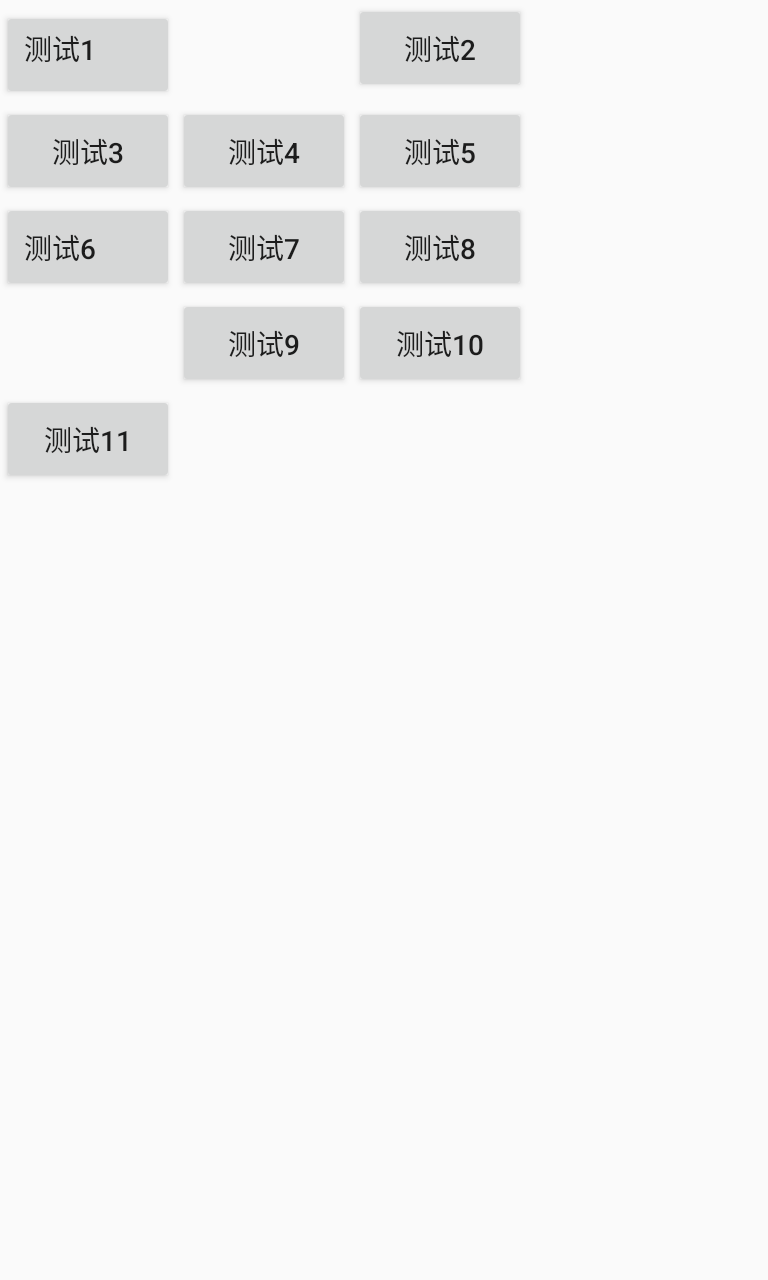
Repository: A207/guanjingjing
Layout: day4/LayoutApp/res/layout/activity_grid_layout.xml
The author's editor kept a copy of each file at every save. The layout is drawn from the files as they stood at one save, then again after the next save.
It is drawn on a 768 x 1280 px phone screen (xhdpi) without system bars, with theme AppTheme; the app's code is not run.

Above is the layout before, as saved 2015-07-09 11:42:24.

### day4/LayoutApp/res/layout/activity_grid_layout.xml
<?xml version="1.0" encoding="UTF-8"?>
<GridLayout xmlns:android="http://schemas.android.com/apk/res/android"
    xmlns:tools="http://schemas.android.com/tools"
    android:layout_width="match_parent"
    android:layout_height="match_parent"
    android:columnCount="3"
    tools:ignore="NewApi" >

    <!-- android:orientation="vertical" android:rowCount="4" -->

    <Button
        android:layout_width="wrap_content"
        android:layout_height="wrap_content"
        android:text="测试1"
		android:layout_columnSpan="2"
        android:gravity="fill_horizontal" ><!-- 横跨两列填满-->
    </Button>

    <Button
        android:layout_width="wrap_content"
        android:layout_height="wrap_content"
        android:text="测试2" >
    </Button>

    <Button
        android:layout_width="wrap_content"
        android:layout_height="wrap_content"
        android:text="测试3" >
    </Button>

    <Button
        android:layout_width="wrap_content"
        android:layout_height="wrap_content"
        android:text="测试4" >
    </Button>

    <Button
        android:layout_width="wrap_content"
        android:layout_height="wrap_content"
        android:text="测试5" >
    </Button>

    <Button
        android:layout_width="wrap_content"
        android:layout_height="wrap_content"
        android:text="测试6"
        android:layout_rowSpan="2"
        android:gravity="fill_vertical" >
    </Button>

    <Button
        android:layout_width="wrap_content"
        android:layout_height="wrap_content"
        android:text="测试7" >
    </Button>

    <Button
        android:layout_width="wrap_content"
        android:layout_height="wrap_content"
        android:text="测试8" >
    </Button>

    <Button
        android:layout_width="wrap_content"
        android:layout_height="wrap_content"
        android:text="测试9" >
    </Button>

    <Button
        android:layout_width="wrap_content"
        android:layout_height="wrap_content"
        android:text="测试10" >
    </Button>

    <Button
        android:layout_width="wrap_content"
        android:layout_height="wrap_content"
        android:text="测试11" >
    </Button>

</GridLayout>

Loaded but not shown: day4/LayoutApp/res/values/styles.xml (common file); day4/LayoutApp/res/values-v11/styles.xml (common file); day4/LayoutApp/res/values-v14/styles.xml (common file)

After the next save:
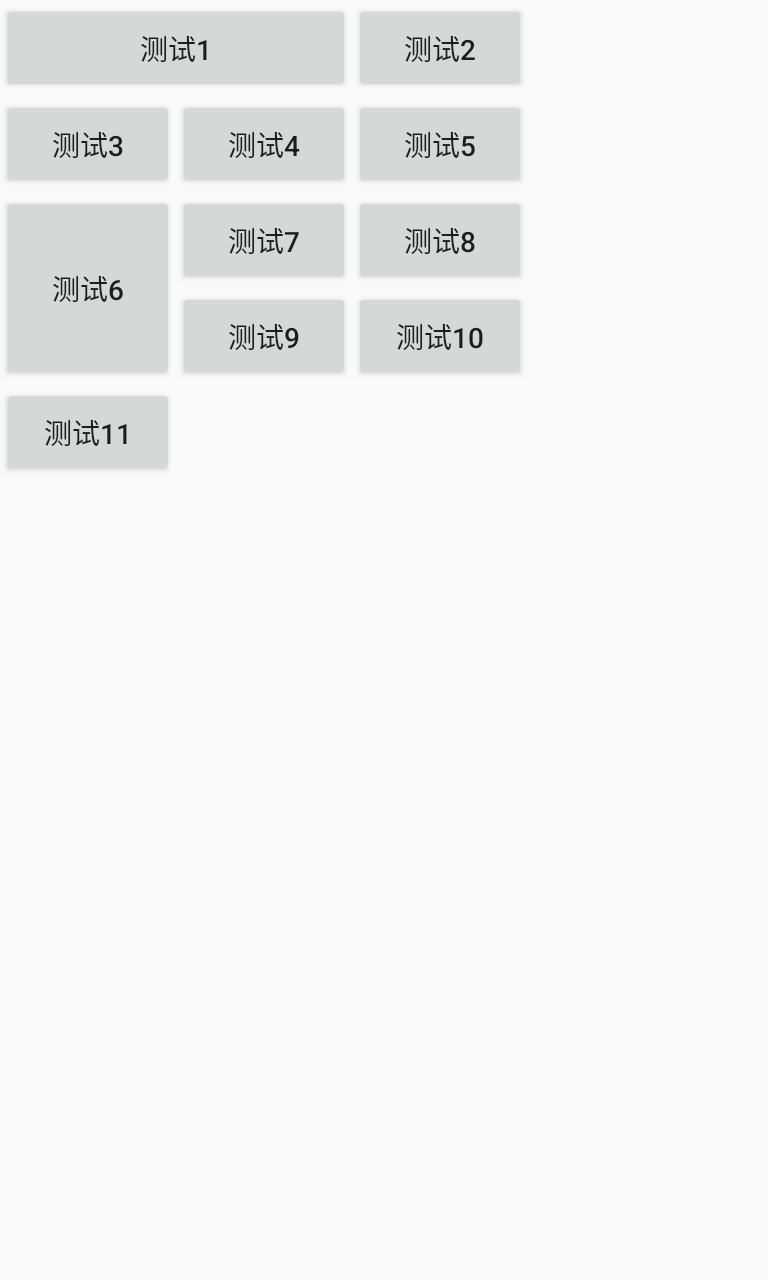
Saved 5 min 1 s later.
--- a/day4/LayoutApp/res/layout/activity_grid_layout.xml
+++ b/day4/LayoutApp/res/layout/activity_grid_layout.xml
@@ -13,7 +13,7 @@
         android:layout_height="wrap_content"
         android:text="测试1"
 		android:layout_columnSpan="2"
-        android:gravity="fill_horizontal" ><!-- 横跨两列填满-->
+        android:layout_gravity="fill_horizontal" ><!-- 横跨两列填满-->
     </Button>
 
     <Button
@@ -45,7 +45,7 @@
         android:layout_height="wrap_content"
         android:text="测试6"
         android:layout_rowSpan="2"
-        android:gravity="fill_vertical" >
+        android:layout_gravity="fill_vertical" >
     </Button>
 
     <Button
